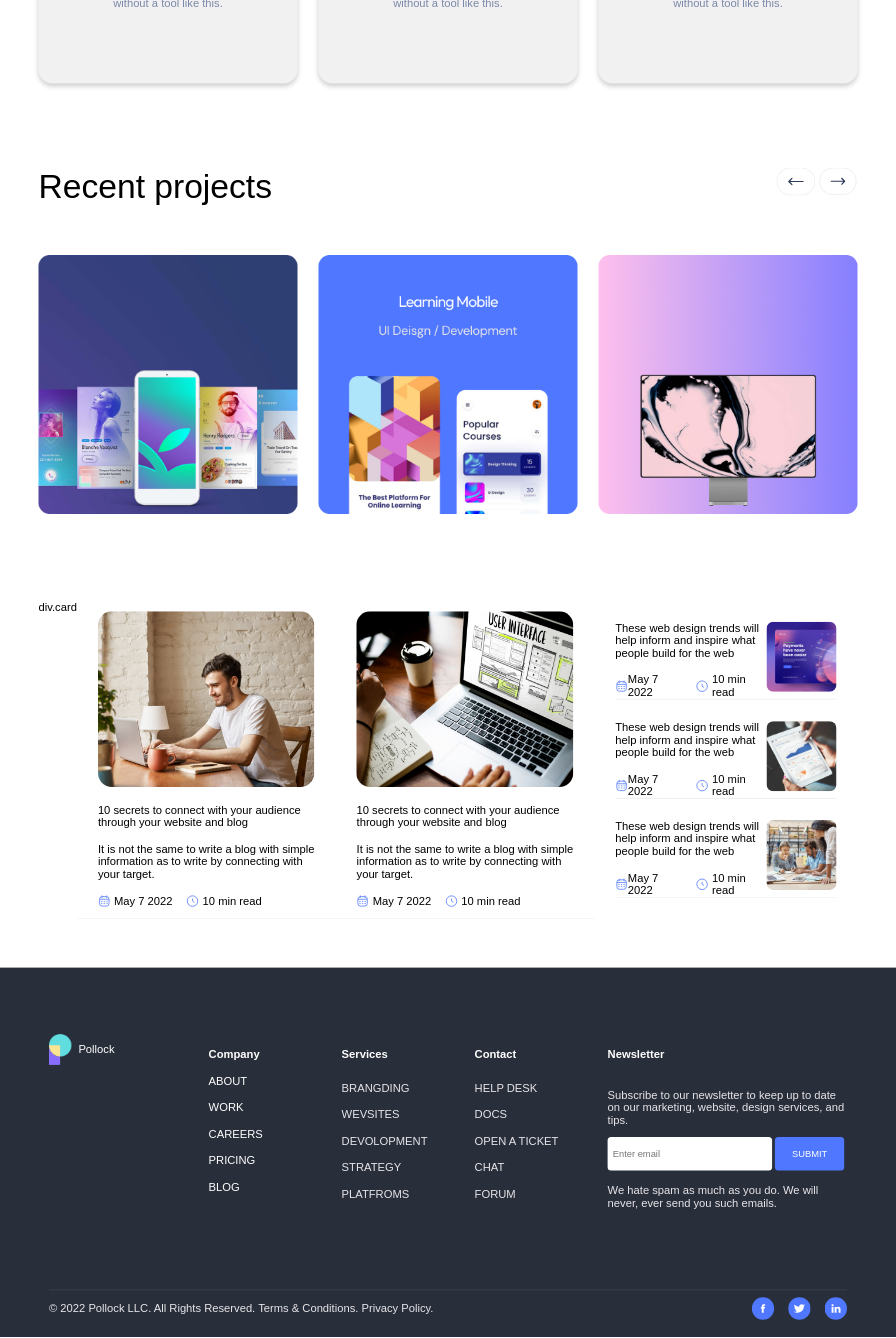
Repository: Nam936/exercises
Page: demo.html
The author's editor kept a copy of each file at every save. The page is drawn from the files as they stood at one save, then again after the next save.
The browser window is 1280 px wide. The pictures show the part of the page from y = 1865 to 3785 px (the page is 3776 px tall before and 3785 px after), at 70% of full size.

Above is the page before, as saved 2023-01-13 14:37:23.

After the next save:
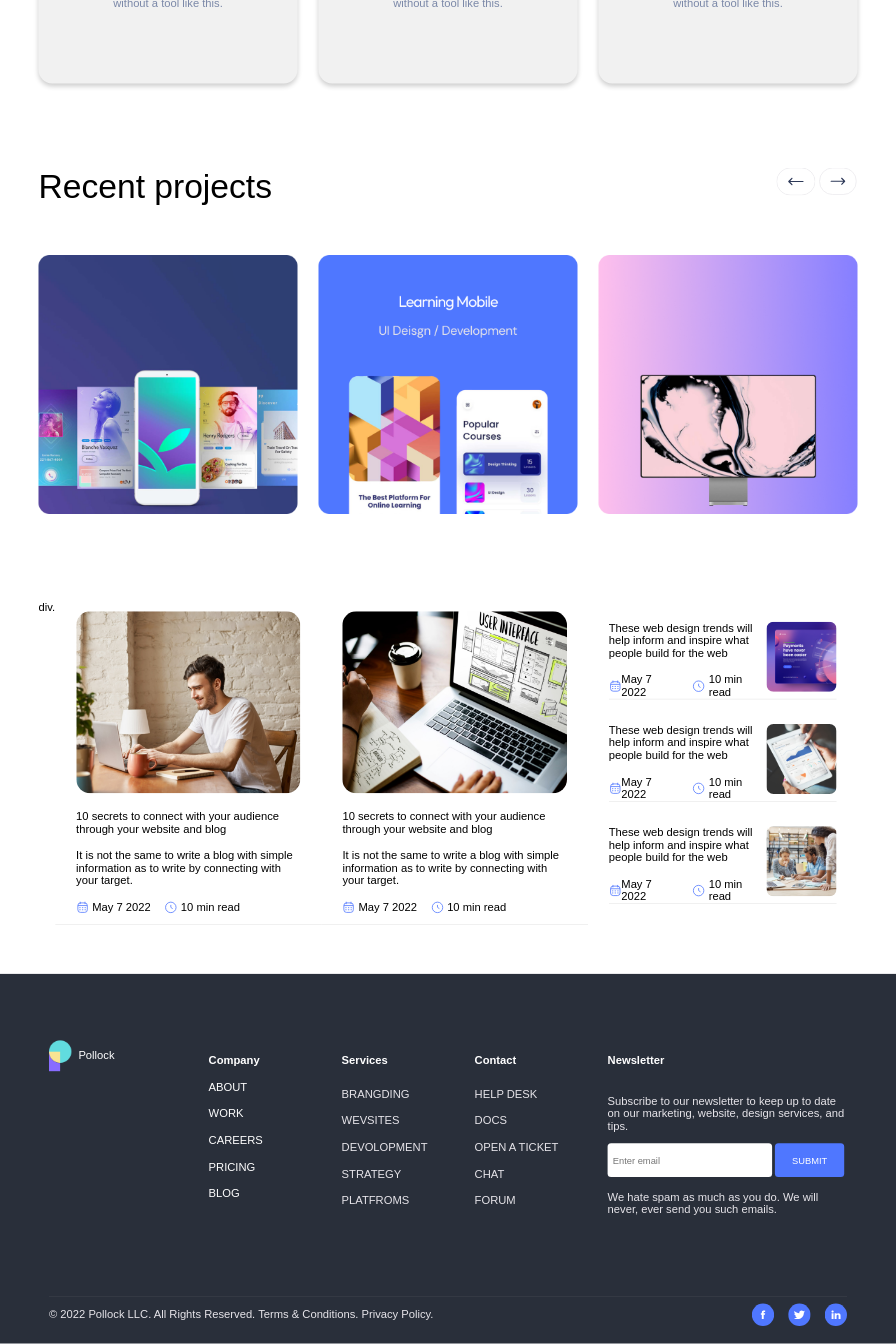
Saved 5 s later.
--- a/demo.html
+++ b/demo.html
@@ -267,7 +267,7 @@
       </div>
     </div> -->
     <div class="card-main">
-      div.card
+      div.
       <div class="cards-cus">
         <div class="card-cus">
           <div class="card-image-container-cus">
